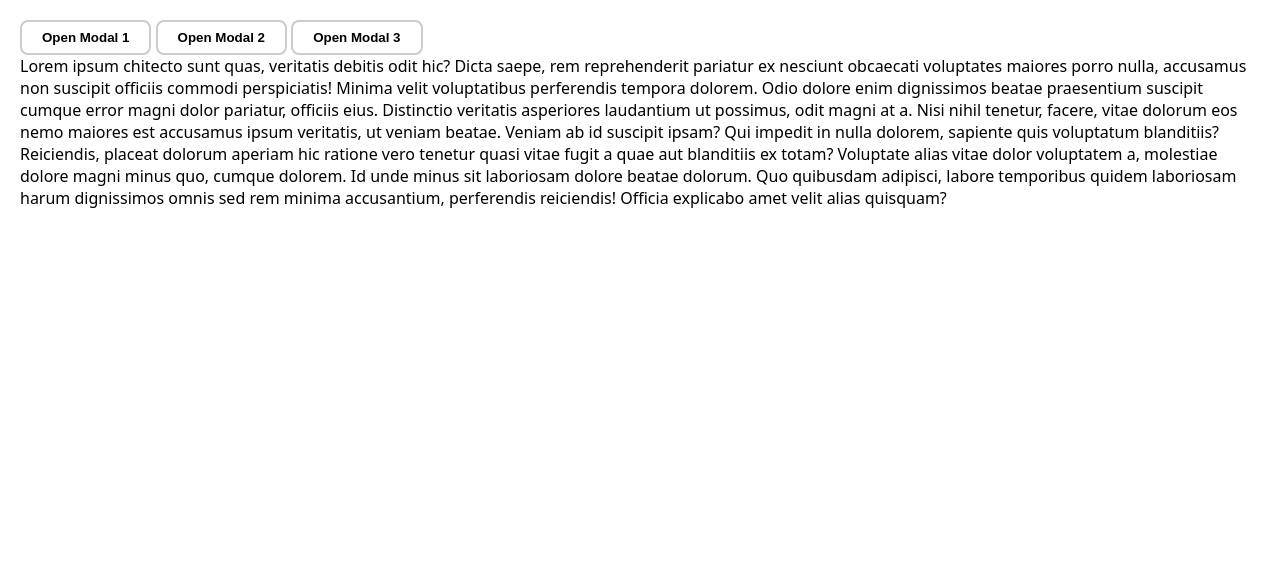
Repository: hoangan3526/Javascript-project
Page: index.html
The author's editor kept a copy of each file at every save. The page is drawn from the files as they stood at one save, then again after the next save.
The browser window is 1280 px wide. The pictures show the whole page.

Above is the page before, as saved 2026-05-04 08:45:39.

### index.html
<!DOCTYPE html>
<html lang="en">
    <head>
        <meta charset="UTF-8" />
        <meta name="viewport" content="width=device-width, initial-scale=1.0" />
        <title>Modal</title>
        <link rel="stylesheet" href="style.css" />
    </head>
    <body>
        <main>
            <button id="open-modal-1" class="btn">Open Modal 1</button>
            <button id ="open-modal-2" class="btn">Open Modal 2</button>

            <button id="open-modal-3" class="btn">Open Modal 3</button>

            <p>Lorem ipsum chitecto sunt quas, veritatis debitis odit hic? Dicta saepe, rem reprehenderit pariatur ex nesciunt obcaecati voluptates maiores porro nulla, accusamus non suscipit officiis commodi perspiciatis!
            Minima velit voluptatibus perferendis tempora dolorem. Odio dolore enim dignissimos beatae praesentium suscipit cumque error magni dolor pariatur, officiis eius. Distinctio veritatis asperiores laudantium ut possimus, odit magni at a.
            Nisi nihil tenetur, facere, vitae dolorum eos nemo maiores est accusamus ipsum veritatis, ut veniam beatae. Veniam ab id suscipit ipsam? Qui impedit in nulla dolorem, sapiente quis voluptatum blanditiis?
            Reiciendis, placeat dolorum aperiam hic ratione vero tenetur quasi vitae fugit a quae aut blanditiis ex totam? Voluptate alias vitae dolor voluptatem a, molestiae dolore magni minus quo, cumque dolorem.
            Id unde minus sit laboriosam dolore beatae dolorum. Quo quibusdam adipisci, labore temporibus quidem laboriosam harum dignissimos omnis sed rem minima accusantium, perferendis reiciendis! Officia explicabo amet velit alias quisquam?</p>
        </main>
        <template id ="modal-1">
            <h1>hello hoang an</h1>
            <p>Lorem ipsum dolor sit amet consectetur adipisicing elit. Possimus ex vero officia eligendi obcaecati provident, dolorem, tenetur libero, animi beatae soluta est quia! Repellendus, ipsa ducimus error qui dignissimos eos!
            Voluptatem hic enim nisi itaque aliquid iure ducimus maiores natus laboriosam ex veniam ullam, eos perspiciatis corrupti fugiat eaque quod voluptatum! Aliquid repudiandae facere dolore ipsa animi itaque at voluptatibus!
            Reprehenderit quas distinctio, error dolorem, sit repellendus iure consectetur non labore laudantium quisquam hic at asperiores animi. Corrupti facilis, iste architecto possimus labore corporis, perspiciatis, maiores veniam harum ad reiciendis.
            Cupiditate ipsamnumquam, eveniet doloremque magnam molestias quidem nemo soluta delectus, ex atque enim!</p>
        </template>
        <template id="modal-2">
            <h1>Login</h1>
            <form action="" id="login-form">
                <input
                    type="email"
                    placeholder="Enter your email..."
                    id="email"
                />
                <br />
                <input
                    type="password"
                    placeholder="Enter your password..."
                    id="password"
                />
                <br />
                <button type="submit">Login</button>
            </form>
        </template>
        <template id = "modal-3">
            <h1>hello hoang an</h1>
            <p>Lorem ipsum dolor sit amet consectetur adipisicing elit. Possimus ex vero officia eligendi obcaecati provident, dolorem, tenetur libero, animi beatae soluta est quia! Repellendus, ipsa ducimus error qui dignissimos eos!
            Voluptatem hic enim nisi itaque aliquid iure ducimus maiores natus laboriosam ex veniam ullam, eos perspiciatis corrupti fugiat eaque quod voluptatum! Aliquid repudiandae facere dolore ipsa animi itaque at voluptatibus!
            Reprehenderit quas distinctio, error dolorem, sit repellendus iure consectetur non labore laudantium quisquam hic at asperiores animi. Corrupti facilis, iste architecto possimus labore corporis, perspiciatis, maiores veniam harum ad reiciendis.
            Cupiditate ipsamnumquam, eveniet doloremque magnam molestias quidem nemo soluta delectus, ex atque enim!</p>

        </template>
        <!-- Modal -->

        <script src="main.js"></script>
    </body>
</html>

### style.css
* {
    margin: 0;
    padding: 0;
    box-sizing: border-box;
}

html {
    font-size: 62.5%;
}

body {
    font-size: 1.6rem;
    font-family: system-ui, -apple-system, BlinkMacSystemFont, "Segoe UI",
        Roboto, Oxygen, Ubuntu, Cantarell, "Open Sans", "Helvetica Neue",
        sans-serif;
}
main {
    margin: 20px;
}

.btn {
    border: 2px solid #ccc;
    border-radius: 8px;
    padding: 8px 20px;
    font-weight: 600;
}
button {
    border: none;
    outline: none;
    background: transparent;
    cursor: pointer;
}

.modal-backdrop {
    position: fixed;
    inset: 0;
    display: flex;
    align-items: center;
    justify-content: center;
    background: rgba(0, 0, 0, 0.6);
    opacity: 0;
    visibility: hidden;
    transition: opacity, visibility;
    transition-duration: 0.3s;
}

.modal-backdrop.show {
    opacity: 1;
    visibility: visible;
}

.modal-backdrop.show .modal-container {
    transform: scale(1);
}

.modal-container {
    position: relative;
    width: min(600px, 90%);
    padding: 28px;
    border-radius: 10px;
    background: #fff;
    transform: scale(0);
    transition: transform 0.3s;
}

.modal-close {
    position: absolute;
    top: 10px;
    right: 10px;
    width: 30px;
    height: 30px;
    border-radius: 50%;
    color: #666;
    background: #ebebeb;
    font-size: 2rem;
}

.modal-close:hover {
    color: #333;
}

.modal-content {
    max-height: 80vh;
    overflow-y: auto;
}
.no-scroll{
    overflow: hidden;
}

### main.js
const $ = document.querySelector.bind(document);
const $$ = document.querySelectorAll.bind(document);

function Modal(options = {}) {
    const { templateId, classCSS= [], destroyOnClose = true, closeMethods =["button" , "overlay", "escape"] , onOpen , onClose } = options;
        const template = $(`#${templateId}`);

        if (!template) {
            console.error(`#${templateId} does not exist!`);
            return;
        }
        this._allowEscapeClose = closeMethods.includes("escape");
        this._allowBackdropClose = closeMethods.includes("overlay");
        this._allowButtonClose = closeMethods.includes("button");
    function getScrollbarWidth() {
        if (getScrollbarWidth.value) return getScrollbarWidth.value;

        const div = document.createElement("div");
        Object.assign(div.style, {
            overflow: "scroll",
            position: "absolute",
            top: "-9999px",
        });

        document.body.appendChild(div);
        const scrollbarWidth = div.offsetWidth - div.clientWidth;
        document.body.removeChild(div);

        getScrollbarWidth.value = scrollbarWidth;

        return scrollbarWidth;
    }
    this.build = () => {
        const content = template.content.cloneNode(true);

        // Create modal elements
        this._backdrop = document.createElement("div");
        this._backdrop.className = "modal-backdrop";

        const container = document.createElement("div");
        container.className = "modal-container";
        classCSS.forEach( classItem => {
            if ( typeof classItem === "string"){
                container.classList.add(classItem);
            }
        });
        if(typeof classCSS === 'string'){

        }
        if (this._allowButtonClose){
            const closeBtn = document.createElement("button");
            closeBtn.className = "modal-close";
            closeBtn.innerHTML = "&times;";
            container.appendChild(closeBtn);
            closeBtn.onclick = () => this.close();
        }

        const modalContent = document.createElement("div");
        modalContent.className = "modal-content";

        // Append content and elements
        modalContent.append(content);
        container.append(modalContent);
        this._backdrop.append(container);
        document.body.append(this._backdrop);

    }
    this.open= () => {
       if (!this._backdrop){
        this.build();
       }

        setTimeout(() => {
            this._backdrop.classList.add("show");
        }, 0);

        // Disable scrolling
        document.body.classList.add("no-scroll");
        document.body.style.paddingRight = getScrollbarWidth() + "px";

        // Attach event listeners


        if (this._allowBackdropClose) {
            this._backdrop.onclick = (e) => {
                if (e.target === this._backdrop) {
                    this.close();
                }
            };
        }
        if(this._allowEscapeClose){
            document.addEventListener("keydown", (e) => {
                if (e.key === "Escape") {
                    this.close();
                }
            });
        }

            this._onTransitonEnd(() => {

                if ( typeof onOpen === "function") onOpen();
            })


        return this._backdrop;
    };
    this._onTransitonEnd = (callback) => {
        this._backdrop.ontransitionend = (e) => {
            if( e.propertyName !== "transform" ) return ;
        if ( typeof callback === "function") callback();
    }

    this.close = (destroy= destroyOnClose) => {
        this._backdrop.classList.remove("show");


        this._onTransitonEnd ( () => {
                if (this._backdrop && destroy){
                    this._backdrop.remove();
                    this._backdrop = null;
                }

                // Enable scrolling
                document.body.classList.remove("no-scroll");
                document.body.style.paddingRight = "";

            if (typeof onClose === "function") onClose();
        });


    };
    this.destroy  = () => {
        this.close(true);
    }
}
}

const modal1 = new Modal(
    {
        templateId: "modal-1",

        destroyOnClose : false,
        onOpen : () => {
            console.log("Open Modal");

        },
        onClose :() => {
            console.log("Close Modal");

        }
    }
);

$("#open-modal-1").onclick = () => {
    const modalElement = modal1.open();
};

const modal2 = new Modal({
    templateId : "modal-2",
    classCSS : ["class1","class2"],
})
$("#open-modal-2").onclick = () => {
    const modalElement = modal2.open();
    const form = modalElement.querySelector("#login-form");
    if (form) {
        form.onsubmit = (e) => {
            e.preventDefault();
            const formData = {
                email: $("#email").value.trim(),
                password: $("#password").value.trim(),
            };

            console.log(formData);
        };
    }
}

After the next save:
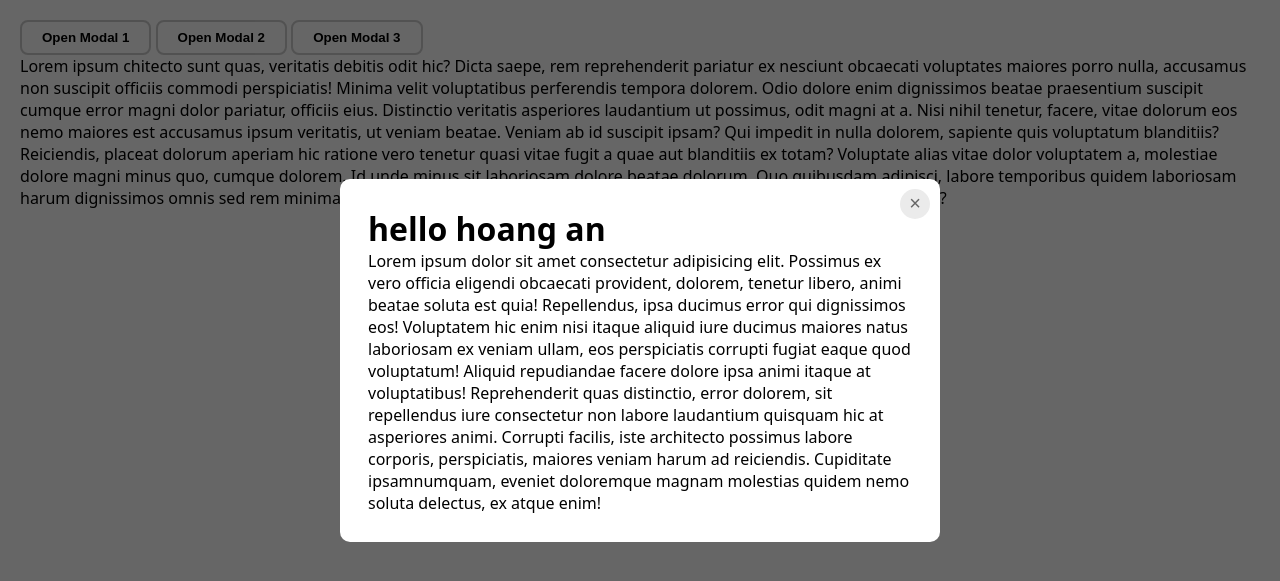
Saved 23 s later.
--- a/main.js
+++ b/main.js
@@ -174,3 +174,19 @@ $("#open-modal-2").onclick = () => {
         };
     }
 }
+const modal3 = new Modal(
+    {
+        templateId: "modal-3",
+
+
+        onOpen : () => {
+            console.log("Open Modal 3 ");
+
+        },
+        onClose :() => {
+            console.log("Close Modal 3 ");
+
+        }
+    }
+);
+modal3.open();
